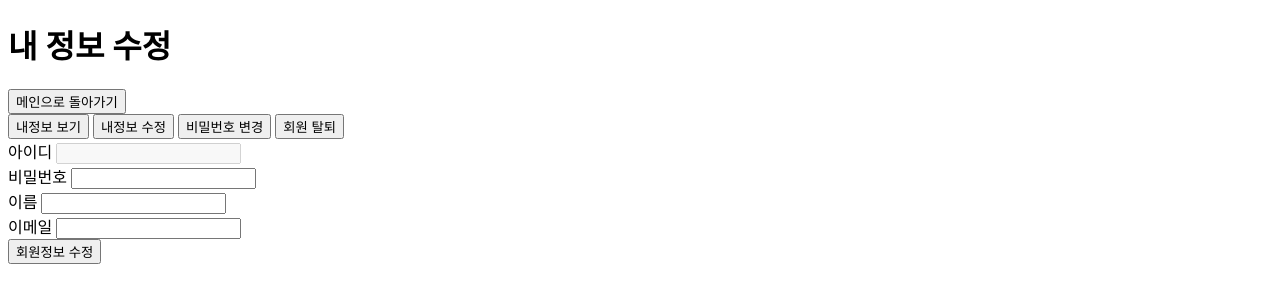
Repository: YoungHan-Jo/spring-education
Page: http://localhost/spring-legacy/WEB-INF/views/member/passwd.jsp
The author's editor kept a copy of each file at every save. The page is drawn from the files as they stood at one save, then again after the next save.
The browser window is 1280 px wide. The pictures show the whole page.
The page is served by Tomcat 9. Nobody is signed in. The template is opened directly, without the code that normally fills it, so the values that code supplies are empty.

Above is the page before, as saved 2021-12-08 08:56:02.

After the next save:
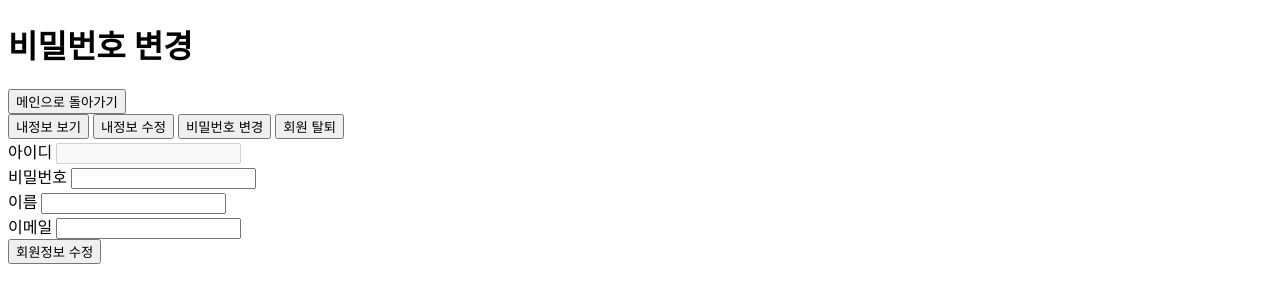
Saved 22 h 3 min later.
--- a/spring-studyPrac/spring-legacy/src/main/webapp/WEB-INF/views/member/passwd.jsp
+++ b/spring-studyPrac/spring-legacy/src/main/webapp/WEB-INF/views/member/passwd.jsp
@@ -9,7 +9,7 @@
 </head>
 <body>
 	<h1>
-		내 정보 수정
+		비밀번호 변경
 	</h1>
 
 	<button onclick="location.href='/'">메인으로 돌아가기</button>
